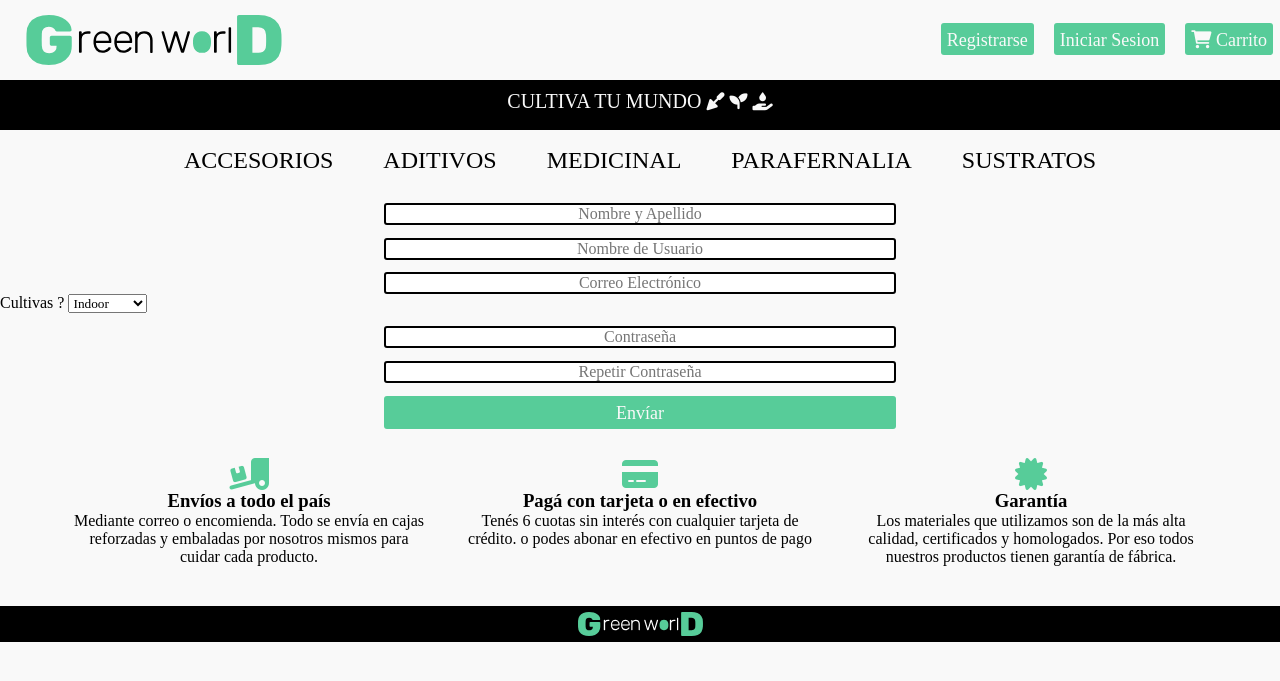
Repository: francoG98/grupo_9_Green_World
Page: source/views/register.html
An editor plug-in stored every save of this project. The page is shown before and after the next save, followed by the edit.
The browser window is 1280 px wide. The pictures show the whole page.
Some web fonts or font styles are not loaded; a fallback is used. Some web libraries are served in a nearby version.

Above is the page before, as saved 2022-06-24 20:14:10.

After the next save:
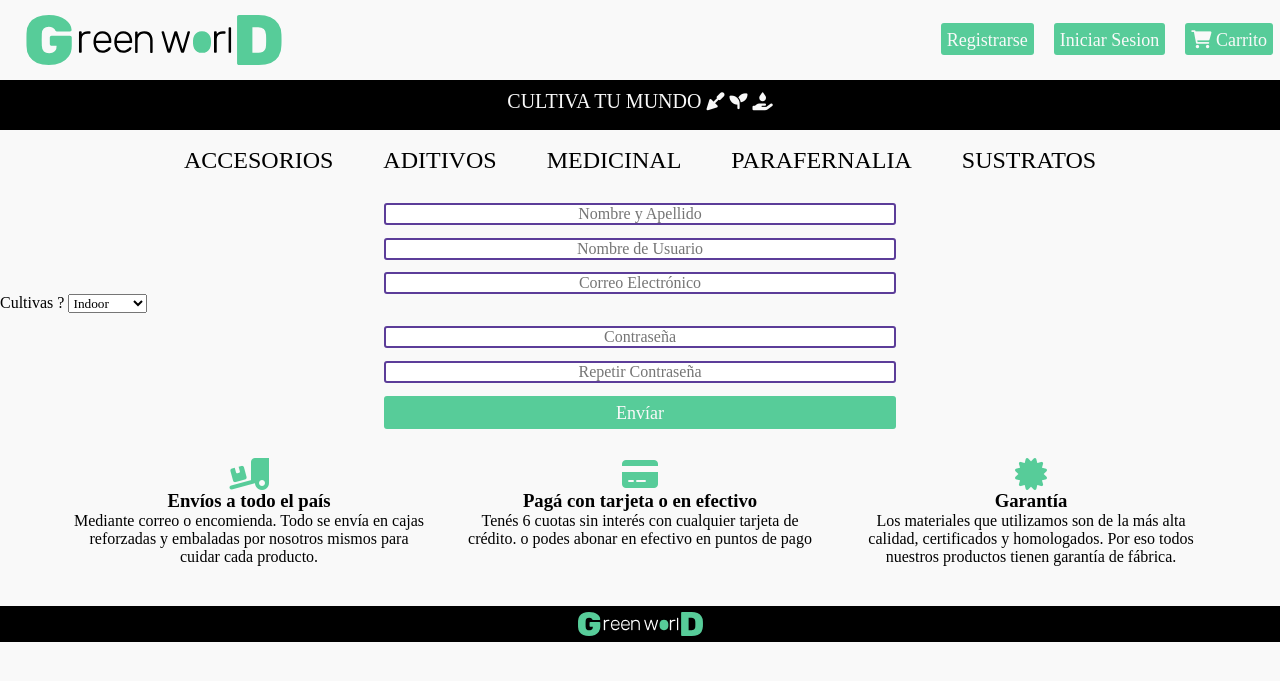
Saved 5 min 58 s later.
--- a/public/css/main-register.css
+++ b/public/css/main-register.css
@@ -22,7 +22,7 @@ a button{
 input{
     margin-left: 30%;
     margin-top: 1%;
-    border: 2px solid ;
+    border: 2px solid #5c3d99;
     width: 40%;
     text-align: center;
     font-size: 16px;
